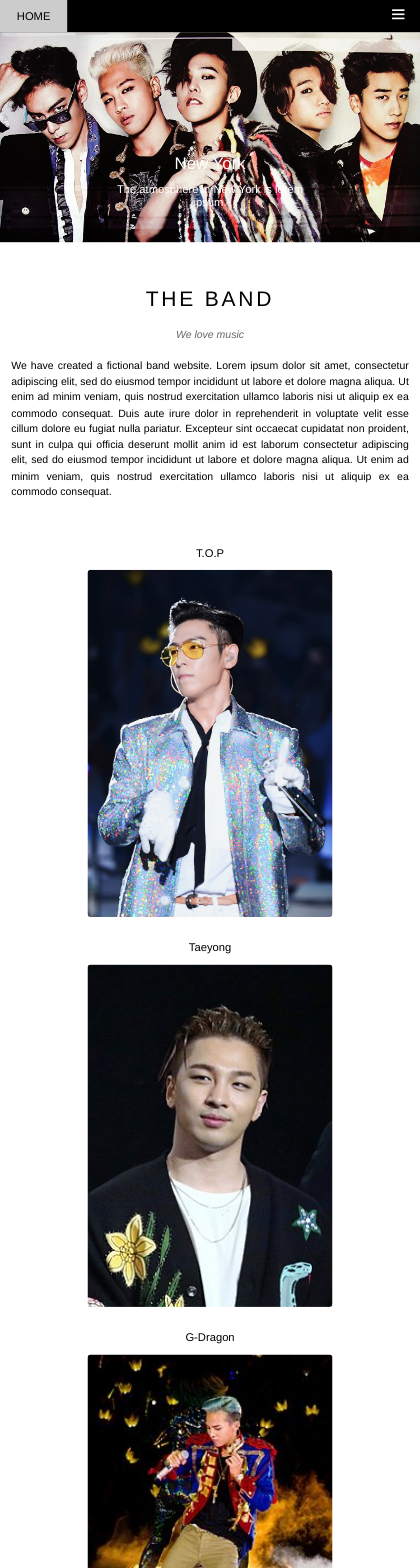
Repository: ThinhTran2k/BigBang-Band-Website
Page: index.html
These files come from the project's save history. The page is drawn as it stood at one moment and after the next save; the edit follows.
The browser window is 600 px wide. The pictures show the part of the page from y = 0 to 2240 px (the page is 7086 px tall before and 2927 px after), at 70% of full size.

Above is the page before, as saved 2021-03-17 16:25:10.
Console error: TypeError: Cannot set properties of undefined (setting 'onclick')

After the next save:
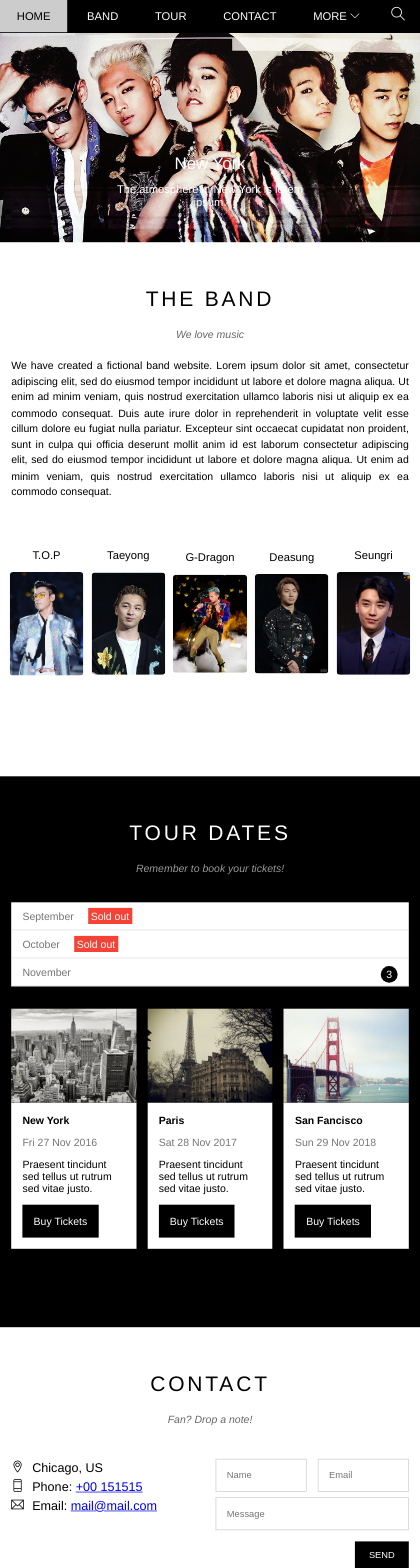
Saved 19 s later.
--- a/asset/css/responsive.css
+++ b/asset/css/responsive.css
@@ -1,5 +1,5 @@
 /* Mobile */
-@media (max-width: 739px) {
+@media (max-width: ) {
     .header .header__search {
         display: none;
     }

After the 2 saves that followed:
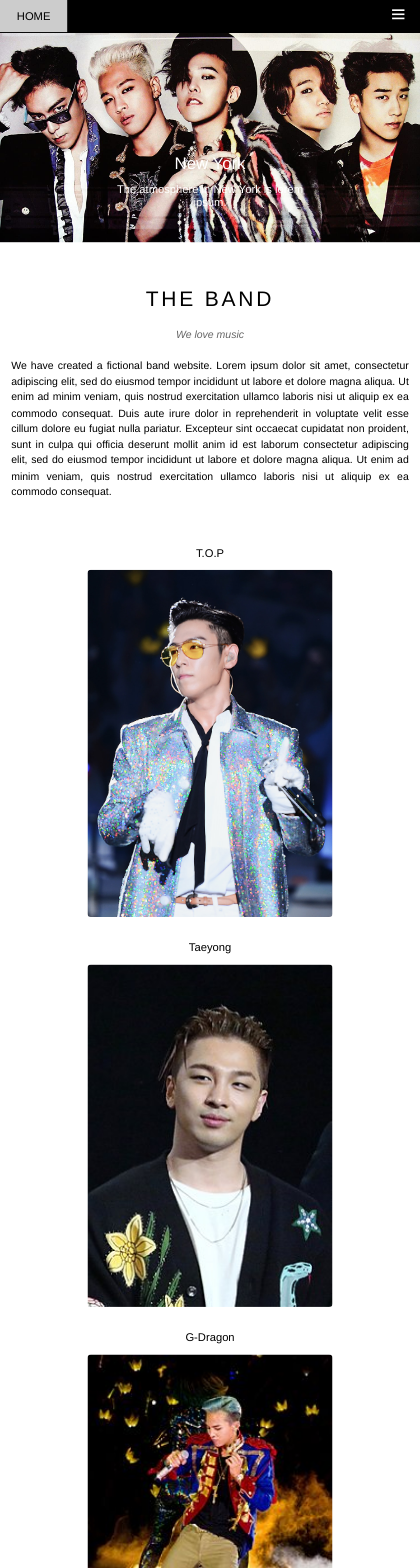
The 2 saves are shown as one change because 1 left the picture as it was.
The last was saved 12 s later.
--- a/asset/css/responsive.css
+++ b/asset/css/responsive.css
@@ -1,5 +1,5 @@
 /* Mobile */
-@media (max-width: ) {
+@media (max-width: 46.1875em) {
     .header .header__search {
         display: none;
     }
